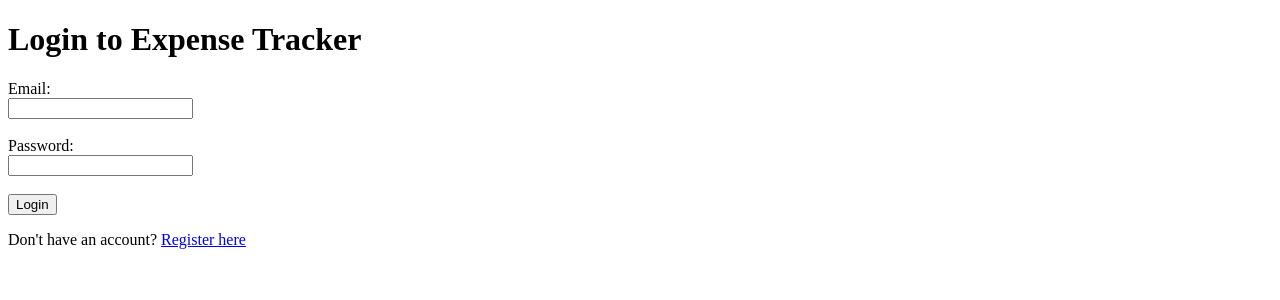
Repository: An-tonDev/expense-tracker
Page: public/html/login.html
The author's editor kept a copy of each file at every save. The page is drawn from the files as they stood at one save, then again after the next save.
The browser window is 1280 px wide. The pictures show the whole page.

Above is the page before, as saved 2025-06-27 15:29:31.

After the next save:
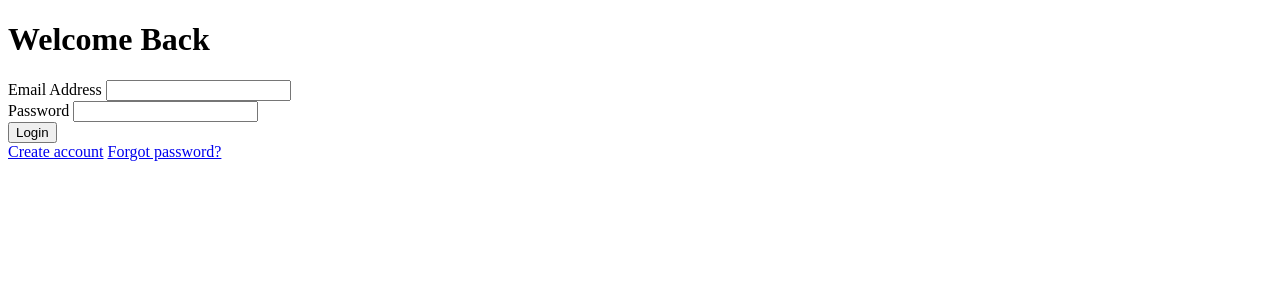
Saved 25 s later.
--- a/public/html/login.html
+++ b/public/html/login.html
@@ -1,25 +1,37 @@
 <!DOCTYPE html>
 <html lang="en">
 <head>
-  <meta charset="UTF-8" />
-  <meta name="viewport" content="width=device-width, initial-scale=1.0" />
-  <title>Login - Expense Tracker</title>
+  <meta charset="UTF-8">
+  <meta name="viewport" content="width=device-width, initial-scale=1.0">
+  <title>Login | Expense Tracker</title>
+  <link rel="stylesheet" href="style.css">
 </head>
-<body>
+<body class="auth-page">
 
-  <h1>Login to Expense Tracker</h1>
+  <main class="auth-container">
+    <div class="auth-card">
+      <h1 class="auth-title">Welcome Back</h1>
 
-  <form action="/login" method="POST">
-    <label for="email">Email:</label><br />
-    <input type="email" id="email" name="email" required /><br /><br />
+      <form class="auth-form" action="/login" method="POST">
+        <div class="form-group">
+          <label for="email">Email Address</label>
+          <input type="email" id="email" name="email" class="form-input" required>
+        </div>
 
-    <label for="password">Password:</label><br />
-    <input type="password" id="password" name="password" required /><br /><br />
+        <div class="form-group">
+          <label for="password">Password</label>
+          <input type="password" id="password" name="password" class="form-input" required>
+        </div>
 
-    <button type="submit">Login</button>
-  </form>
+        <button type="submit" class="btn btn-primary btn-block">Login</button>
 
-  <p>Don't have an account? <a href="/register.html">Register here</a></p>
+        <div class="auth-links">
+          <a href="/register.html">Create account</a>
+          <a href="/forgot-password.html">Forgot password?</a>
+        </div>
+      </form>
+    </div>
+  </main>
 
 </body>
 </html>
